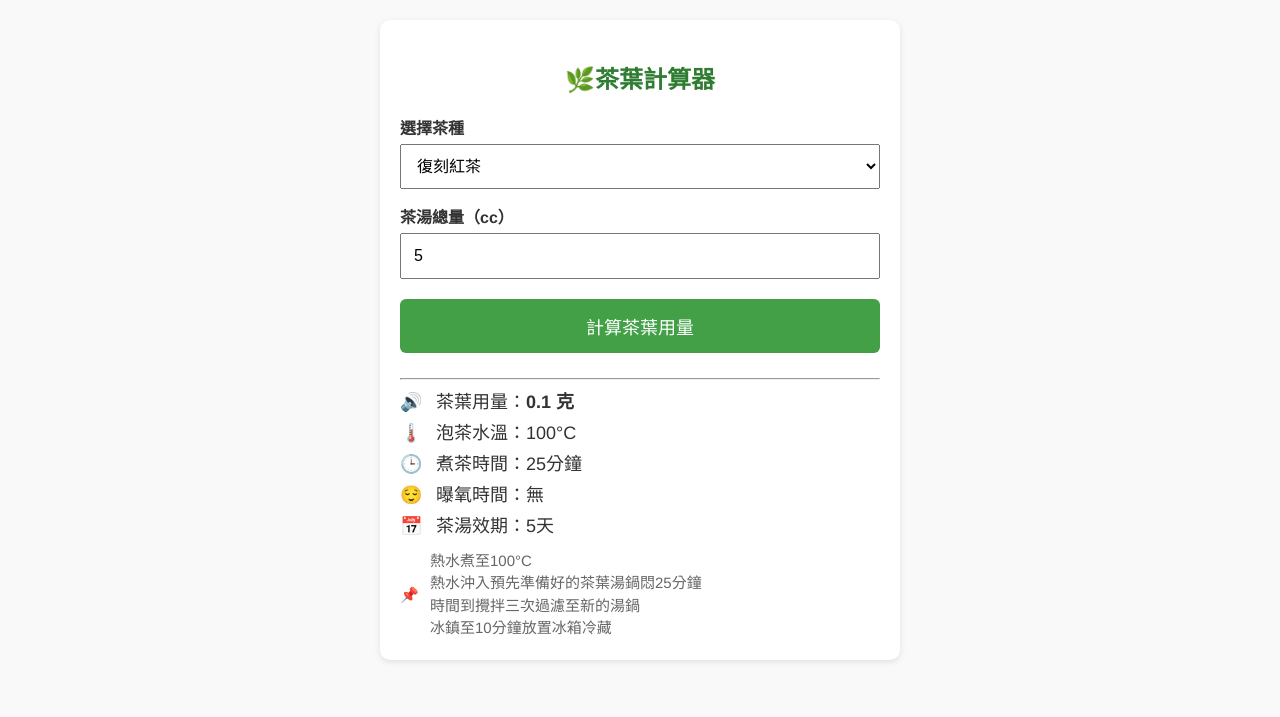
Repository: liying1106/tea-calculator
Page: 茶葉.html
An editor plug-in stored every save of this project. The page is shown before and after the next save, followed by the edit.
The browser window is 1280 px wide. The pictures show the whole page.
Empty fields were first filled with sample values (such as "Sample", 5 or name@example.com).
After loading, the first visible `button` was clicked once.

Above is the page before, as saved 2025-07-16 13:38:06.

After the next save:
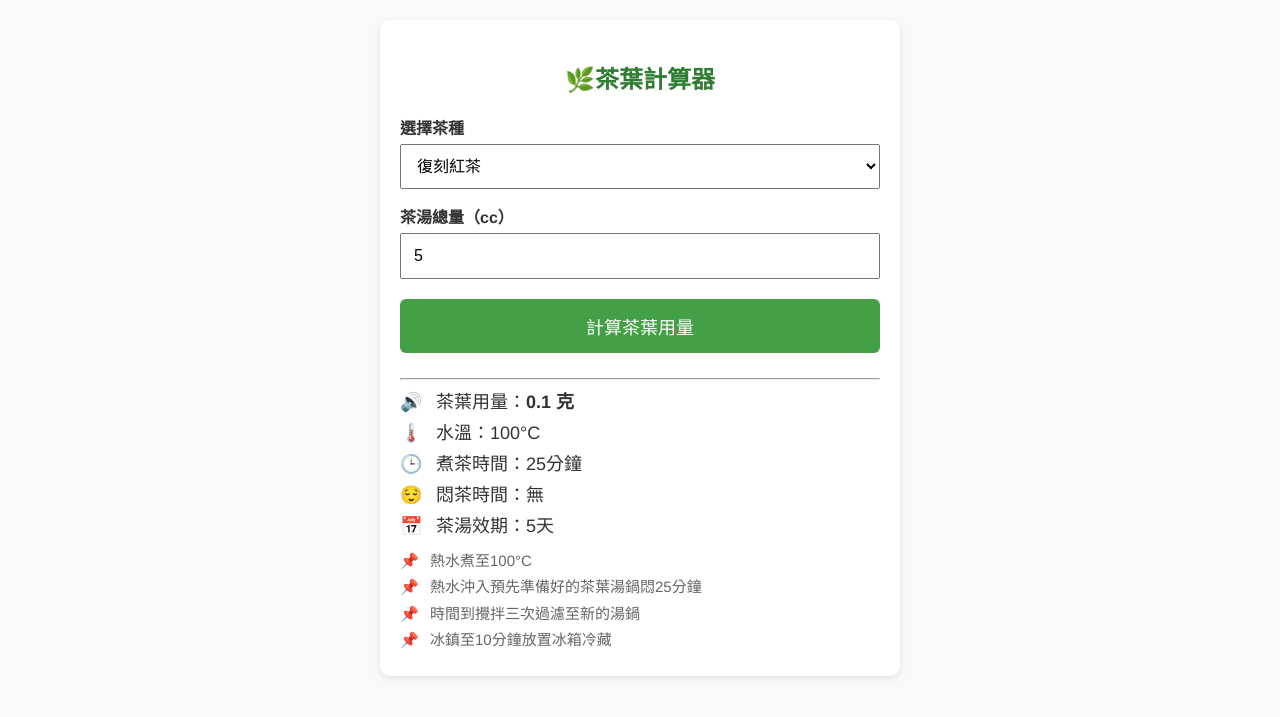
Saved 7 min 34 s later.
--- a/茶葉.html
+++ b/茶葉.html
@@ -12,12 +12,10 @@
       background: #f9f9f9;
       color: #333;
     }
-
     h2 {
       text-align: center;
       color: #2e7d32;
     }
-
     .container {
       max-width: 480px;
       margin: auto;
@@ -26,13 +24,11 @@
       border-radius: 10px;
       box-shadow: 0 2px 6px rgba(0, 0, 0, 0.1);
     }
-
     label {
       margin-top: 15px;
       display: block;
       font-weight: bold;
     }
-
     select,
     input {
       width: 100%;
@@ -41,7 +37,6 @@
       margin-top: 5px;
       box-sizing: border-box;
     }
-
     button {
       width: 100%;
       padding: 14px;
@@ -52,31 +47,24 @@
       font-size: 18px;
       margin-top: 20px;
     }
-
     button:hover {
       background-color: #388e3c;
     }
-
     #result {
       margin-top: 25px;
       font-size: 18px;
       line-height: 1.5;
     }
-
     .note {
       font-size: 15px;
       color: #666;
       margin-top: 10px;
-      display: flex;
-      align-items: center;
-    }
-
+    }
     .row {
       display: flex;
       align-items: center;
       margin: 4px 0;
     }
-
     .icon {
       width: 2em;
       display: inline-block;
@@ -86,7 +74,6 @@
 <body>
   <div class="container">
     <h2>🌿茶葉計算器</h2>
-
     <label>選擇茶種</label>
     <select id="teaType">
       <option value="復刻紅茶">復刻紅茶</option>
@@ -98,12 +85,9 @@
       <option value="泰式奶茶">泰式奶茶</option>
       <option value="洛神花茶">洛神花茶</option>
     </select>
-
     <label>茶湯總量（cc）</label>
-    <input type="number" id="waterVolume" placeholder="請輸入茶湯量" value="" min="1" />
-
+    <input type="number" id="waterVolume" placeholder="請輸入茶湯量" min="1" />
     <button onclick="calculate()">計算茶葉用量</button>
-
     <div id="result"></div>
   </div>
 
@@ -114,7 +98,7 @@
         temp: "100°C",
         boilTime: "25分鐘",
         steamTime: "無",
-        note: "熱水煮至100°C<br>熱水沖入預先準備好的茶葉湯鍋悶25分鐘<br>時間到攪拌三次過濾至新的湯鍋<br>冰鎮至10分鐘放置冰箱冷藏",
+        note: "熱水煮至100°C\n熱水沖入預先準備好的茶葉湯鍋悶25分鐘\n時間到攪拌三次過濾至新的湯鍋\n冰鎮至10分鐘放置冰箱冷藏",
         shelf: "5天"
       },
       "蜜香紅茶": {
@@ -154,7 +138,7 @@
         temp: "熱水 100°C + 冰塊",
         boilTime: "3分鐘",
         steamTime: "30分鐘",
-        note: "茶葉:茶湯 = 1:50，茶湯 = 熱水:冰塊 = 3:2",
+        note: "茶葉:茶湯 = 1:50\n茶湯 = 熱水:冰塊 = 3:2",
         shelf: "6小時"
       },
       "泰式奶茶": {
@@ -162,14 +146,14 @@
         temp: "熱水 100°C",
         boilTime: "5分鐘",
         steamTime: "無",
-        note: "奶精粉為茶湯量的0.18倍，煉乳為0.23倍，冷藏保存3天"
+        note: "奶精粉為茶湯量的0.18倍\n煉乳為0.23倍\n冷藏保存3天"
       },
       "洛神花茶": {
         ratio: 60,
         temp: "熱水 100°C",
         boilTime: "7分鐘",
         steamTime: "10分鐘",
-        note: "每3000cc茶湯加入約3顆梅子一起悶煮提升風味",
+        note: "每3000cc茶湯加入約3顆梅子\n與茶葉一起悶煮以提升風味",
         shelf: "5天"
       }
     };
@@ -186,64 +170,66 @@
       }
 
       let output = "";
+      const grams = (totalVolume / data.ratio).toFixed(1);
 
       if (tea === "蕎麥茶") {
-        const leaf = totalVolume / data.ratio;
         const hot = totalVolume * 3 / 5;
         const ice = totalVolume * 2 / 5;
-
-        output = `
-          <hr>
-          <div class="row"><span class="icon">🔊</span> 茶葉用量：<strong>${leaf.toFixed(1)} 克</strong></div>
+        output = `
+          <hr>
+          <div class="row"><span class="icon">🔊</span> 茶葉用量：<strong>${grams} 克</strong></div>
           <div class="row"><span class="icon">💧</span> 熱水用量：${hot.toFixed(0)} cc</div>
           <div class="row"><span class="icon">❄️</span> 冰塊用量：${ice.toFixed(0)} cc</div>
-          <div class="row"><span class="icon">🌡️</span> 泡茶水溫：${data.temp}</div>
+          <div class="row"><span class="icon">🌡️</span> 水溫：${data.temp}</div>
           <div class="row"><span class="icon">🕒</span> 煮茶時間：${data.boilTime}</div>
           <div class="row"><span class="icon">😌</span> 悶茶時間：${data.steamTime}</div>
           <div class="row"><span class="icon">📅</span> 茶湯效期：${data.shelf}</div>
-          <div class="note"><span class="icon">📌</span> ${data.note}</div>
+          <div class="note">${formatNote(data.note)}</div>
         `;
       } else if (tea === "泰式奶茶") {
-        const leaf = totalVolume / data.ratio;
         const milkPowder = totalVolume * 0.18;
         const condensedMilk = totalVolume * 0.23;
-
-        output = `
-          <hr>
-          <div class="row"><span class="icon">🔊</span> 茶葉用量：<strong>${leaf.toFixed(1)} 克</strong></div>
-          <div class="row"><span class="icon">💧</span> 熱水用量：<strong>${totalVolume.toFixed(0)} cc</strong></div>
-          <div class="row"><span class="icon">🥛</span> 奶精粉：<strong>${milkPowder.toFixed(1)} 克</strong></div>
-          <div class="row"><span class="icon">🍶</span> 煉乳：<strong>${condensedMilk.toFixed(1)} 克</strong></div>
-          <div class="row"><span class="icon">🕒</span> 煮茶時間：${data.boilTime}</div>
-          <div class="note"><span class="icon">📌</span> ${data.note}</div>
+        output = `
+          <hr>
+          <div class="row"><span class="icon">🔊</span> 茶葉用量：<strong>${grams} 克</strong></div>
+          <div class="row"><span class="icon">💧</span> 熱水用量：${totalVolume.toFixed(0)} cc</div>
+          <div class="row"><span class="icon">🥛</span> 奶精粉：${milkPowder.toFixed(1)} 克</div>
+          <div class="row"><span class="icon">🍶</span> 煉乳：${condensedMilk.toFixed(1)} 克</div>
+          <div class="row"><span class="icon">🕒</span> 煮茶時間：${data.boilTime}</div>
+          <div class="note">${formatNote(data.note)}</div>
         `;
       } else if (tea === "洛神花茶") {
-        const grams = (totalVolume / data.ratio).toFixed(1);
         const plums = Math.round(totalVolume / 1000);
         output = `
           <hr>
           <div class="row"><span class="icon">🔊</span> 茶葉用量：<strong>${grams} 克</strong></div>
-          <div class="row"><span class="icon">🍊</span> 梅子用量：<strong>${plums} 顆</strong></div>
-          <div class="row"><span class="icon">🌡️</span> 泡茶水溫：${data.temp}</div>
+          <div class="row"><span class="icon">🍊</span> 梅子用量：${plums} 顆</div>
+          <div class="row"><span class="icon">🌡️</span> 水溫：${data.temp}</div>
           <div class="row"><span class="icon">🕒</span> 煮茶時間：${data.boilTime}</div>
           <div class="row"><span class="icon">😌</span> 悶茶時間：${data.steamTime}</div>
           <div class="row"><span class="icon">📅</span> 茶湯效期：${data.shelf}</div>
-          <div class="note"><span class="icon">📌</span> ${data.note}</div>
+          <div class="note">${formatNote(data.note)}</div>
         `;
       } else {
-        const grams = (totalVolume / data.ratio).toFixed(1);
-        output = `
-          <hr>
-          <div class="row"><span class="icon">🔊</span> 茶葉用量：<strong>${grams} 克</strong></div>
-          <div class="row"><span class="icon">🌡️</span> 泡茶水溫：${data.temp}</div>
-          <div class="row"><span class="icon">🕒</span> 煮茶時間：${data.boilTime}</div>
-          <div class="row"><span class="icon">😌</span> 曝氧時間：${data.steamTime}</div>
+        output = `
+          <hr>
+          <div class="row"><span class="icon">🔊</span> 茶葉用量：<strong>${grams} 克</strong></div>
+          <div class="row"><span class="icon">🌡️</span> 水溫：${data.temp}</div>
+          <div class="row"><span class="icon">🕒</span> 煮茶時間：${data.boilTime}</div>
+          <div class="row"><span class="icon">😌</span> 悶茶時間：${data.steamTime}</div>
           <div class="row"><span class="icon">📅</span> 茶湯效期：${data.shelf}</div>
-          <div class="note"><span class="icon">📌</span> ${data.note}</div>
+          <div class="note">${formatNote(data.note)}</div>
         `;
       }
 
       document.getElementById("result").innerHTML = output;
+    }
+
+    function formatNote(note) {
+      return note
+        .split(/\r?\n/)
+        .map(line => `<div class="row"><span class="icon">📌</span> ${line}</div>`)
+        .join('');
     }
   </script>
 </body>
